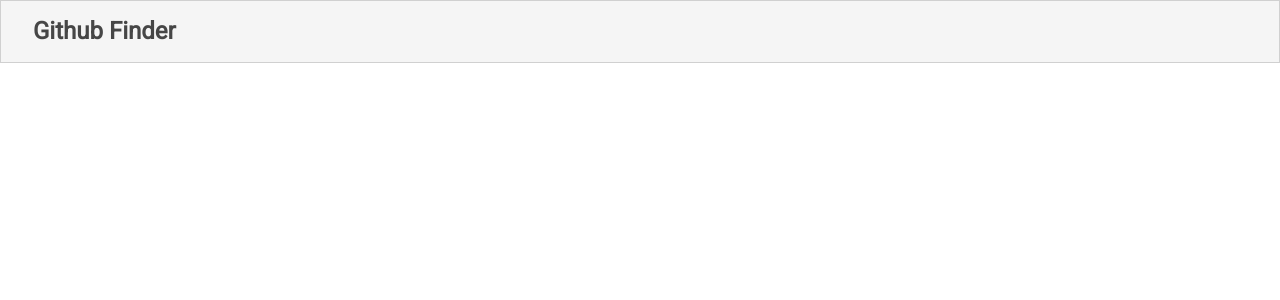
Repository: yurimnim/react-stutdy
Page: / (app in github_finder/)
These files come from the project's save history. The page is drawn as it stood at one moment and after the next save; the edit follows.
The browser window is 1280 px wide. The pictures show the whole page.
The project was rebuilt for these pictures with package versions that can differ from the ones it lists, and the page was loaded fresh each time.

Above is the page before, as saved 2021-02-21 11:28:22.

After the next save:
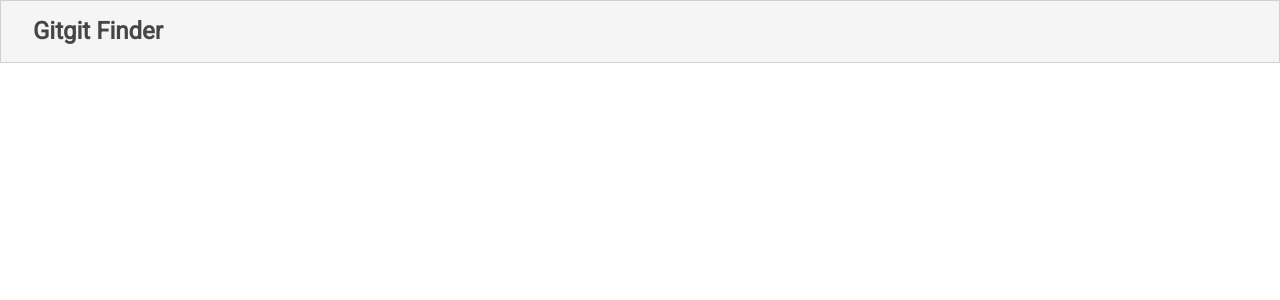
Saved 33 s later.
--- a/github_finder/src/components/layout/Navbar.js
+++ b/github_finder/src/components/layout/Navbar.js
@@ -4,7 +4,7 @@ export class Navbar extends Component {
   render() {
     return (
       <nav className='navbar bg-light'>
-        <h1>Github Finder</h1>
+        <h1>{this.props.title}</h1>
       </nav>
     );
   }

After the 2 saves that followed:
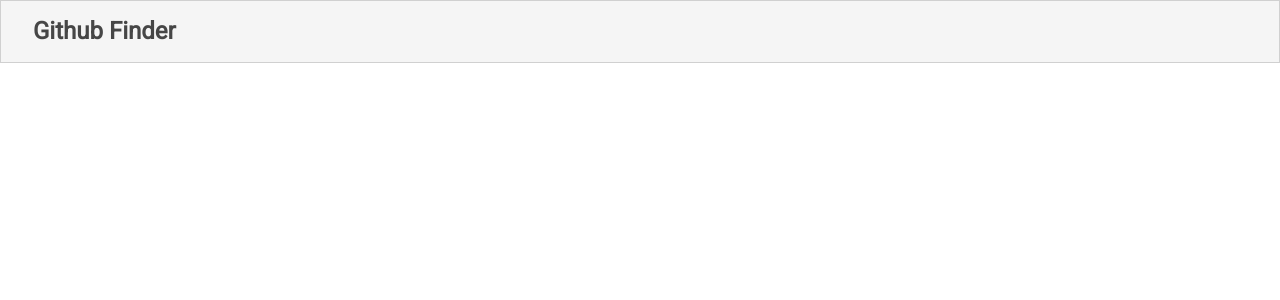
The 2 saves are shown as one change because 1 left the picture as it was.
The last was saved 2 min 1 s later.
--- a/github_finder/src/App.js
+++ b/github_finder/src/App.js
@@ -6,7 +6,7 @@ class App extends React.Component {
   render() {
     return (
       <div className='App'>
-        <Navbar title='Gitgit Finder' />
+        <Navbar />
       </div>
     );
   }
--- a/github_finder/src/components/layout/Navbar.js
+++ b/github_finder/src/components/layout/Navbar.js
@@ -1,6 +1,10 @@
 import React, { Component } from 'react';
 
 export class Navbar extends Component {
+  static defaultProps = {
+    title: 'Github Finder'
+  };
+
   render() {
     return (
       <nav className='navbar bg-light'>
